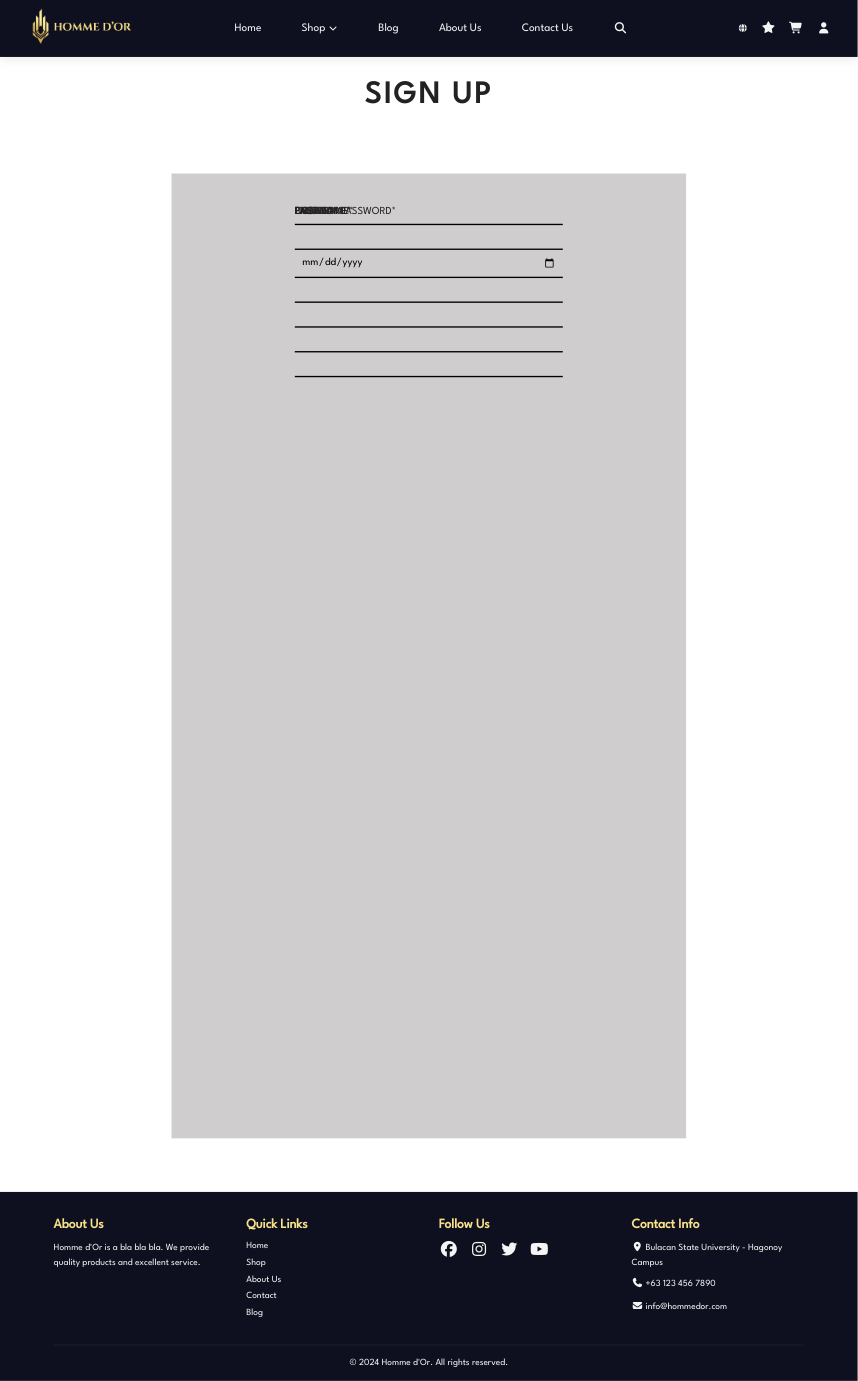
Repository: Izy-Blinken/Homme-d-Or
Page: http://localhost/Homme_dor/pages/signup.php?country=ph
The author's editor kept a copy of each file at every save. The page is drawn from the files as they stood at one save, then again after a run of saves.
The browser window is 1280 px wide. The pictures show the whole page, at 67% of full size.
The page is run by PHP 8.4 with error messages shown; the project is at /var/www/html/.

Above is the page before, as saved 2026-01-24 20:08:36.

### pages/signup.php
<!DOCTYPE html>
<html>
    <head>
        <title>Sign Up</title>
        <link rel="stylesheet" href="../assets/icons/fontawesome/css/all.min.css">
        <link rel="stylesheet" href="../assets/css/style.css">
    </head>

    <body>

        <?php include '../components/header.php'; ?>

        <main>
            <div class="signupTitle">
                <h2><b>SIGN UP</b></h2>
            </div>

            <div class="signupContainer">

                <div class="inputGroup">

                    <input type="text" required>
                    <label>FIRST NAME*</label>

                    <input type="text" required>
                    <label>LAST NAME*</label>

                    <input type="date" required>
                    <label>BIRTHDAY</label>

                    <input type="text" maxlength="11" required>
                    <label>PHONE*</label>

                    <input type="email" required>
                    <label>EMAIL*</label>

                    <input type="password" required>
                    <label>PASSWORD*</label>

                    <input type="password" required>
                    <label>CONFIRM PASSWORD*</label>



                </div>


            </div>
        </main>

        <?php include '../components/footer.php'; ?>

    </body>
</html>

### components/header.php
<?php
$currentPage = basename($_SERVER['PHP_SELF']);
?>

<section id="header">
    <a href="index.php">
        <img src="../assets/images/brand_images/prodLogo.png" class="logo" alt="Brand Logo">
    </a>

    <div class="nav-wrapper">
        <ul id="navbar">
            <li><a class="<?php echo ($currentPage == 'index.php') ? 'active' : ''; ?>" href="index.php">Home</a></li>
            <li class="dropdown">
                <a >
                    Shop <i class="fa-solid fa-chevron-down"></i>
                </a>
                <ul class="dropdown-menu">
                    <li><a href="shop.php?category=sale">Sale</a></li>
                    <li><a href="shop.php?category=new-arrival">New Arrival</a></li>
                    <li><a href="shop.php?category=top-picks">Top Picks</a></li>
                    <li><a href="shop.php?category=daily-wear">Daily Wear</a></li>
                    <li><a href="shop.php?category=premium">Premium</a></li>
                </ul>
            </li>
            <li><a class="<?php echo ($currentPage == 'blog.php') ? 'active' : ''; ?>" href="blog.php">Blog</a></li>
            <li><a class="<?php echo ($currentPage == 'AboutUs.php') ? 'active' : ''; ?>" href="AboutUs.php">About Us</a></li>
            <li><a class="<?php echo ($currentPage == 'ContactUs.php') ? 'active' : ''; ?>" href="ContactUs.php">Contact Us</a></li>
            <li><a href="search.php"><i class="fa-solid fa-search"></i></a></li>
        </ul>

        <ul id="navbar-right">
        <li class="dropdown country-dropdown">
            <a href="#">
                <i class="fa-solid fa-globe"></i>
            </a>
            <ul class="dropdown-menu country-menu">
                <li><a href="?country=ph"><span class="flag">🇵🇭</span> Philippines</a></li>
                <li><a href="?country=jp"><span class="flag">🇯🇵</span> Japan</a></li>
                <li><a href="?country=cn"><span class="flag">🇨🇳</span> China</a></li>
                <li><a href="?country=fr"><span class="flag">🇫🇷</span> France</a></li>
            </ul>
        </li>
        <li><a class="<?php echo ($currentPage == 'wishlist.php') ? 'active' : ''; ?>"href="wishlist.php"><i class="fa-solid fa-star"></i></a></li>
            <li><a class="<?php echo ($currentPage == 'cart.php') ? 'active' : ''; ?>" href="cart.php"><i class="fa-solid fa-shopping-cart"></i></a></li>
            <li><a class="<?php echo ($currentPage == 'profile.php') ? 'active' : ''; ?>" href="profile.php"><i class="fa-solid fa-user"></i></a></li>
        </ul>
    </div>
</section>

### components/footer.php
<footer id="footer">
    <div class="footer-content">
        <div class="footer-section">
            <h3>About Us</h3>
            <p>Homme d'Or is a bla bla bla. We provide quality products and excellent service.</p>
        </div>

        <div class="footer-section">
            <h3>Quick Links</h3>
            <ul>
                <li><a href="index.php">Home</a></li>
                <li><a href="shop.php">Shop</a></li>
                <li><a href="AboutUs.php">About Us</a></li>
                <li><a href="ContactUs.php">Contact</a></li>
                <li><a href="blog.php">Blog</a></li>
            </ul>
        </div>

        <div class="footer-section">
            <h3>Follow Us</h3>
            <div class="social-icons">
                <a href="#"><i class="fa-brands fa-facebook"></i></a>
                <a href="#"><i class="fa-brands fa-instagram"></i></a>
                <a href="#"><i class="fa-brands fa-twitter"></i></a>
                <a href="#"><i class="fa-brands fa-youtube"></i></a>
            </div>
        </div>

        <div class="footer-section">
            <h3>Contact Info</h3>
            <p><i class="fa-solid fa-location-dot"></i> Bulacan State University - Hagonoy Campus</p>
            <p><i class="fa-solid fa-phone"></i> +63 123 456 7890</p>
            <p><i class="fa-solid fa-envelope"></i> info@hommedor.com</p>
        </div>
    </div>

    <div class="footer-bottom">
        <p>&copy; 2024 Homme d'Or. All rights reserved.</p>
    </div>
</footer>

Loaded but not shown: assets/icons/fontawesome/css/all.min.css (library); assets/css/style.css (1626 lines, source omitted)

After the next 4 saves:
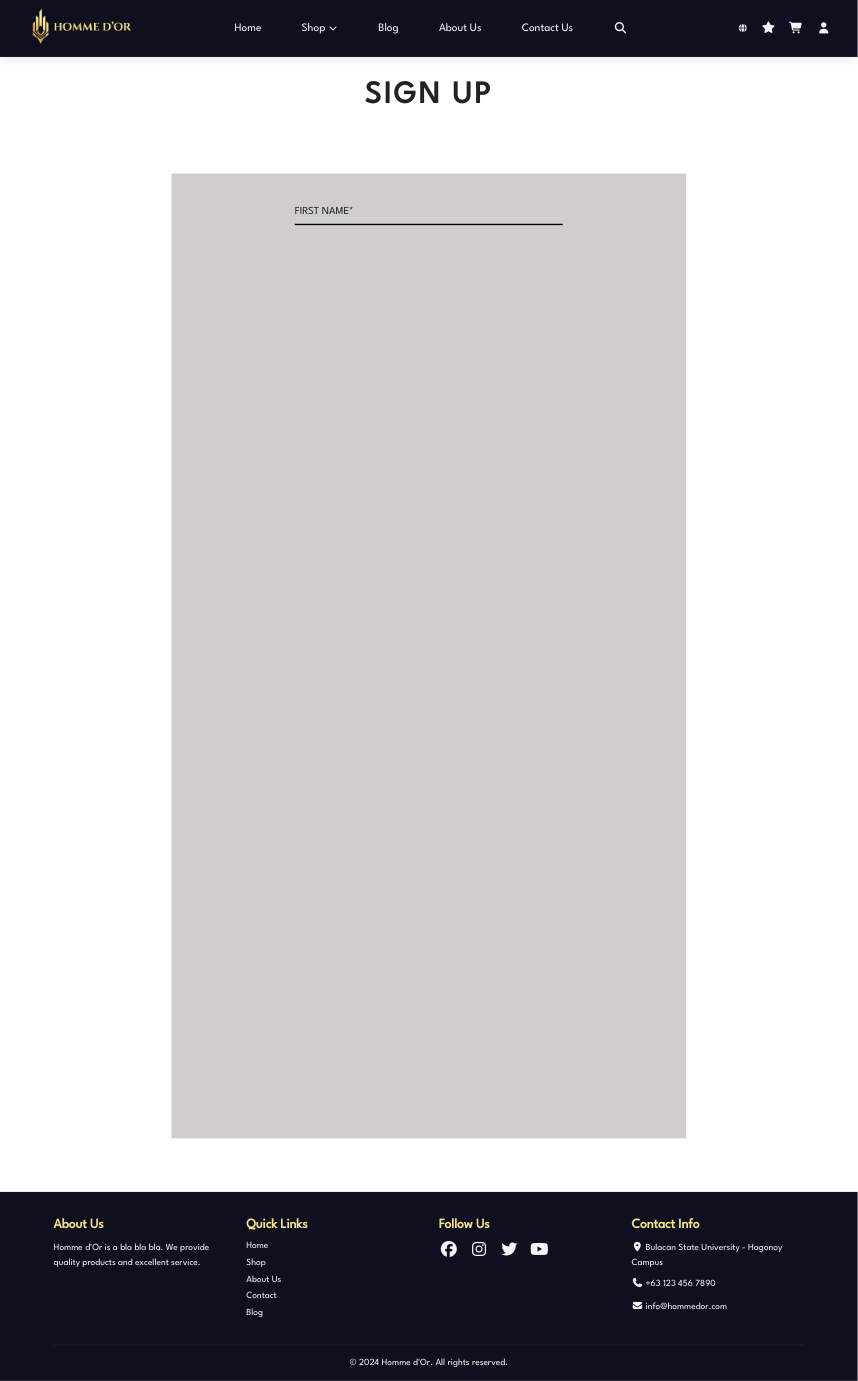
The 4 saves are shown as one change because they came seconds apart.
The last was saved 2 min 3 s later.
--- a/pages/signup.php
+++ b/pages/signup.php
@@ -22,26 +22,6 @@
                     <input type="text" required>
                     <label>FIRST NAME*</label>
 
-                    <input type="text" required>
-                    <label>LAST NAME*</label>
-
-                    <input type="date" required>
-                    <label>BIRTHDAY</label>
-
-                    <input type="text" maxlength="11" required>
-                    <label>PHONE*</label>
-
-                    <input type="email" required>
-                    <label>EMAIL*</label>
-
-                    <input type="password" required>
-                    <label>PASSWORD*</label>
-
-                    <input type="password" required>
-                    <label>CONFIRM PASSWORD*</label>
-
-
-
                 </div>
 
 
